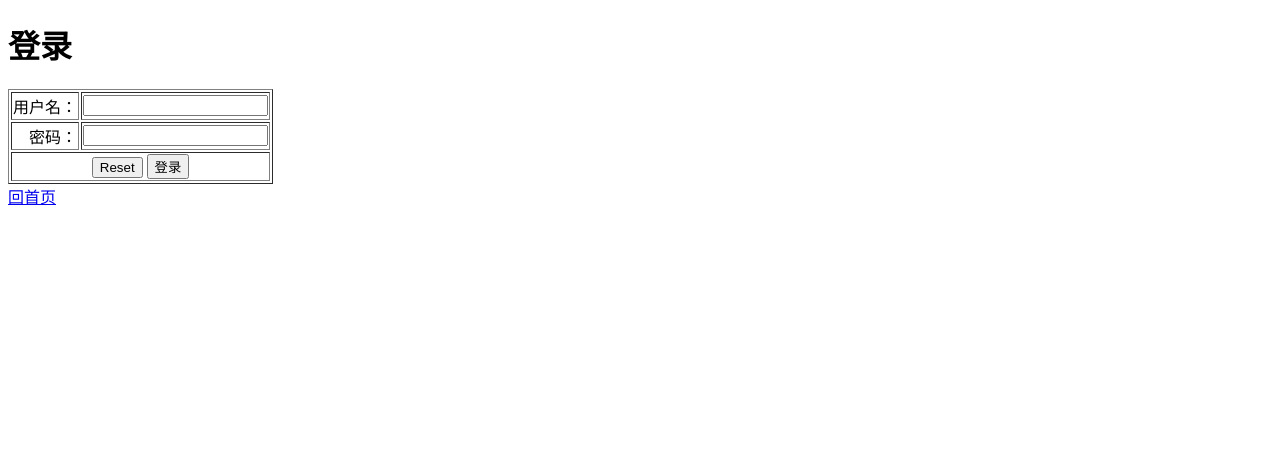
Repository: bambooJohn/web
Page: workspace-sts-3.9.4.RELEASE/day06_servletdemo2/WebContent/login.html
The author's editor kept a copy of each file at every save. The page is drawn from the files as they stood at one save, then again after the next save.
The browser window is 1280 px wide. The pictures show the whole page.

Above is the page before, as saved 2020-11-16 21:30:26.

After the next save:
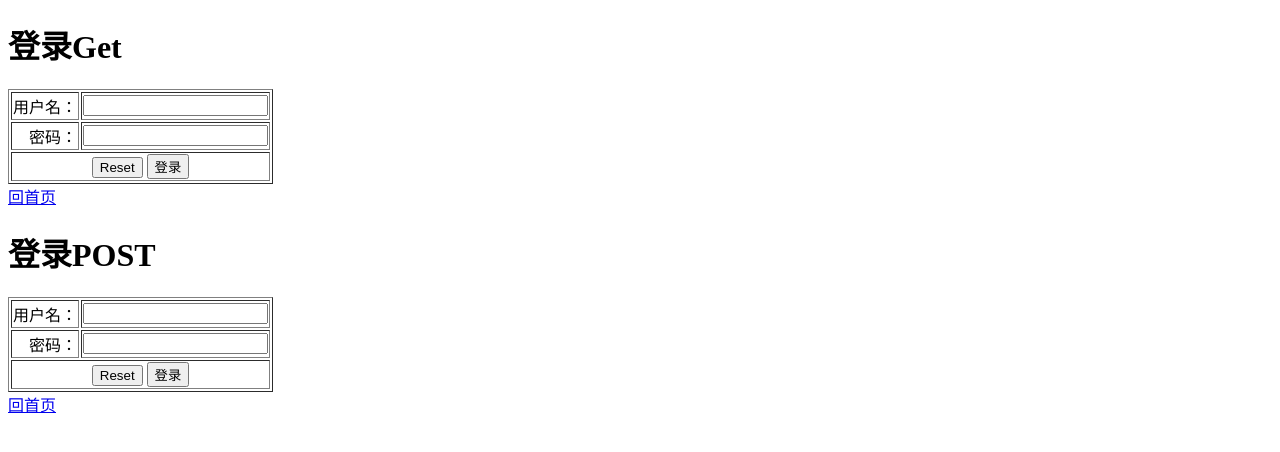
Saved 78 s later.
--- a/workspace-sts-3.9.4.RELEASE/day06_servletdemo2/WebContent/login.html
+++ b/workspace-sts-3.9.4.RELEASE/day06_servletdemo2/WebContent/login.html
@@ -24,8 +24,8 @@
 
 </head>
 <body>
-	<h1>登录</h1>
-	<form action="EndServlet.java">
+	<h1>登录Get</h1>
+	<form action="EndServlet.java" method="get">
 		<table border="1">
 			<tr>
 				<td>用户名：</td>
@@ -45,6 +45,26 @@
 
 		<a href="../index.html">回首页</a>
 	</form>
-	<form action="login_success.html">
+	<h1>登录POST</h1>
+	<form action="EndServlet.java" method="post">
+		<table border="1">
+			<tr>
+				<td>用户名：</td>
+				<td><input type="text" name="username" id="username"><br/></td>
+			</tr>
+			<tr>
+				<td align="right">密码：</td>
+				<td><input type="password" name="pwd" ><br/></td>
+			</tr>
+			<tr>
+				<td colspan="2" align="center">
+					<input type="reset">
+					<input id="btnSub" type="submit" value="登录"><br/>
+				</td>
+			</tr>
+		</table>
+
+		<a href="../index.html">回首页</a>
+	</form>
 </body>
 </html>
